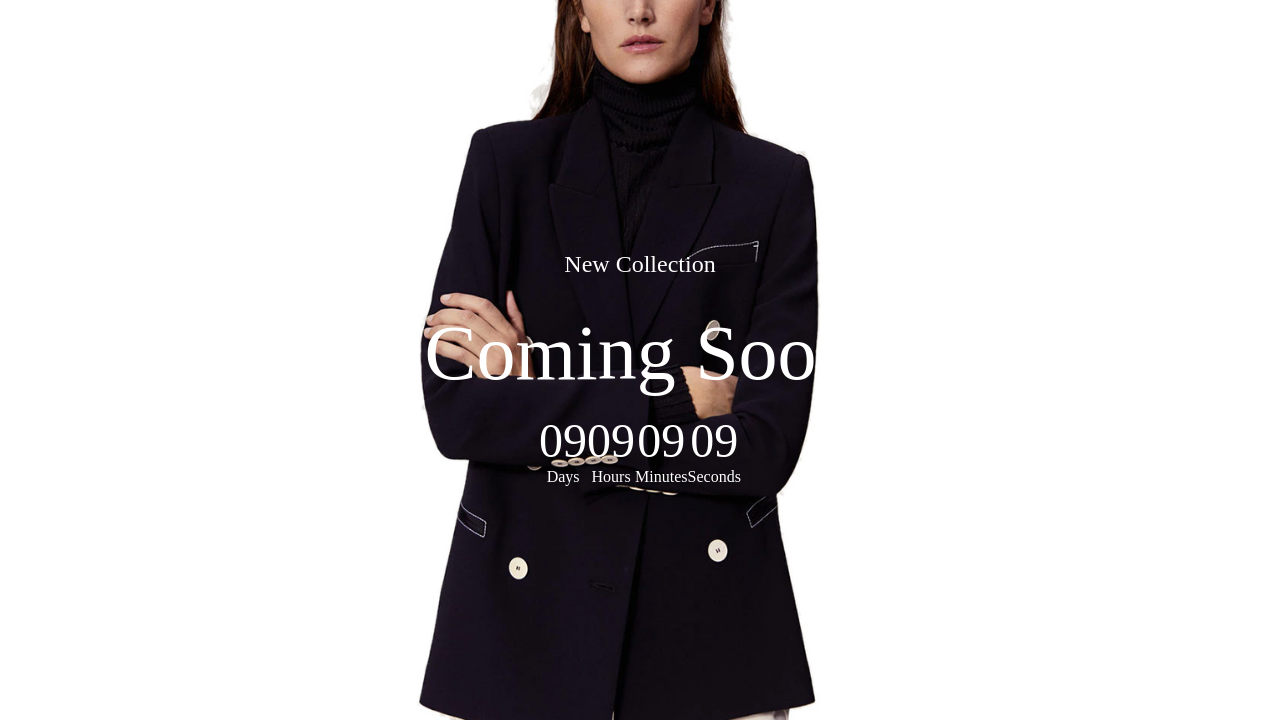
Repository: ST-United-Internship/Modaz-4life
Page: comingsoon&FAQ/coming-soon.html
These files come from the project's save history. The page is drawn as it stood at one moment and after a run of saves; the edit follows.
The browser window is 1280 px wide. The pictures show the whole page.

Above is the page before, as saved 2023-03-21 14:51:32.

### comingsoon&FAQ/coming-soon.html
<!DOCTYPE html>
<html lang="en">
<head>
    <meta charset="UTF-8">
    <meta http-equiv="X-UA-Compatible" content="IE=edge">
    <meta name="viewport" content="width=device-width, initial-scale=1.0">
    <link rel="stylesheet" type="text/css" href="css/layout.css">
    <title>Document</title>
</head>
<body>
    <section class="container">
        <img src="Assets/Images/bg-parallax2.jpg" alt="">
        <header>New Collection</header>
        <p>Coming Soon</p>
        <div class="time-titles">
            <div class="time days">
                <span class="number">09</span>
                <span class="title-text">Days</span>
            </div>
            <div class="time hours">
                <span class="number">09</span>
                <span class="title-text">Hours</span>
            </div>
            <div class="time minutes">
                <span class="number">09</span>
                <span class="title-text">Minutes</span>
            </div>
            <div class="time seconds">
                <span class="number">09</span>
                <span class="title-text">Seconds</span>
            </div>
        </div>
       </section>
    </section>
</body>
</html>

### comingsoon&FAQ/css/layout.css
/* *{
    margin:0;
    padding: 0;
    font-family: 'Lucida Sans', 'Lucida Sans Regular', 'Lucida Grande', 'Lucida Sans Unicode', Geneva, Verdana, sans-serif;
    box-sizing: border-box;
}

.header{
    background: red;
}


body .container{
    width: 100vw;
    height: 100vh;
    background-image: url(../Assets/Images/bg-parallax2.jpg);
    background-position: center;
    background-color: red
} */
/*
.boxed{
    background: red;
}
.parallax2{
    background-image: url(../Assets/Images/bg-parallax2.jpg);
    height: 110vh;
    background-position: center;

}

.parallax2 .overlay{
    position: absolute;
    background-position: center;
    width: 100%;
    height: 70%;
    top: 0;
    left: 0;
    background: rgba(0,0,0,.5);
} */

*{
    margin: 0;
    padding: 0;
    box-sizing: border-box;
}
.container{
    height: 100vh;
    row-gap: 15px;
    width: 100%;
    display: flex;
    justify-content: center;
    flex-direction: column;
    overflow: hidden;
    align-items: center;
}

.container img{
    position: absolute;
    height: 100%;
    width: 100%;
    object-fit: cover;
    z-index: -1;
}

.container header{
    line-height: 58px;
    color: #fff;
    font-size: 24px;
}

.container p{
    color: #fff;
    font-size: 78px;
    line-height: 90px;
    font-weight: 500;
}

.container .time-titles{
    display: flex;
    co
}

.time-titles .time{
    display: flex;
    align-items: center;
    flex-direction: column;
}

.time .number{
    font-size: 48px;
    text-transform: capitalize;
}

.time .number,.time .title-text{
    color: #fff;
}

After the next 2 saves:
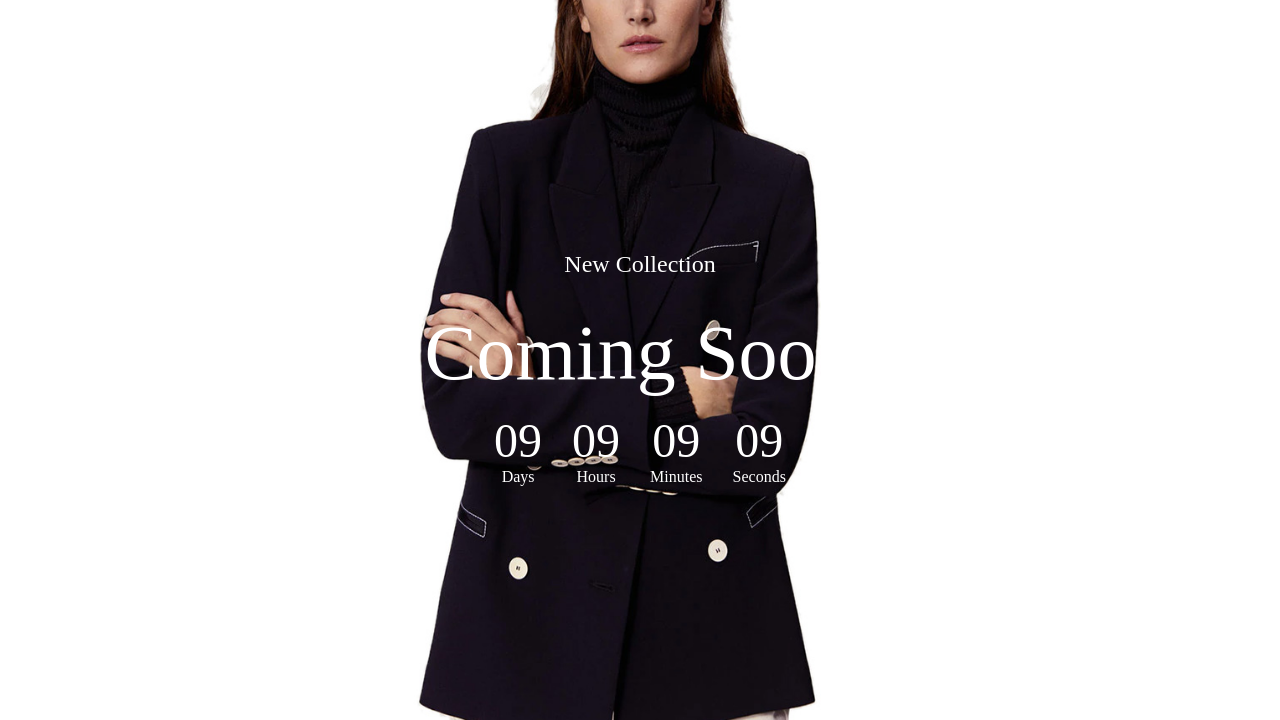
The 2 saves are shown as one change because they came seconds apart.
The last was saved 6 s later.
--- a/comingsoon&FAQ/css/layout.css
+++ b/comingsoon&FAQ/css/layout.css
@@ -77,7 +77,7 @@ body .container{
 
 .container .time-titles{
     display: flex;
-    co
+    column-gap: 30px;
 }
 
 .time-titles .time{
